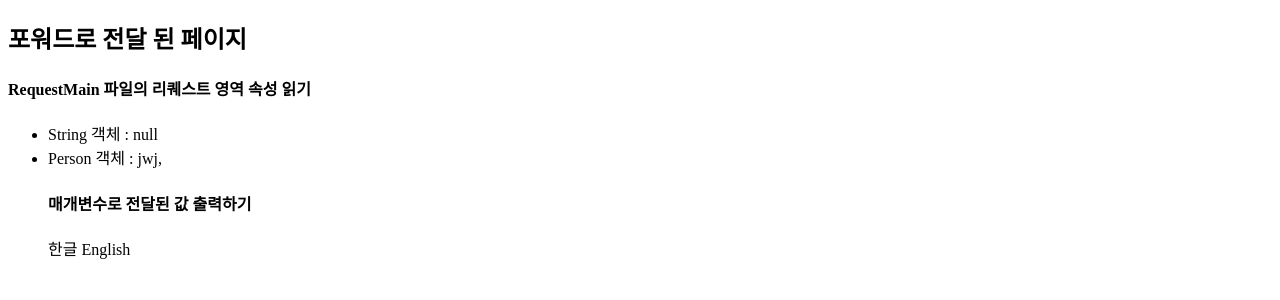
Repository: jwjb1020/Java_tomcat_jsp
Page: http://localhost/MustHaveJSP1/03Scope/RequestMain.jsp
An editor plug-in stored every save of this project. The page is shown before and after a run of saves, followed by the edit.
The browser window is 1280 px wide. The pictures show the whole page.
The page is served by Tomcat 9. Nobody is signed in. The application's start-up code is not run.

Above is the page before, as saved 2023-05-16 05:58:15.

After the next 4 saves:
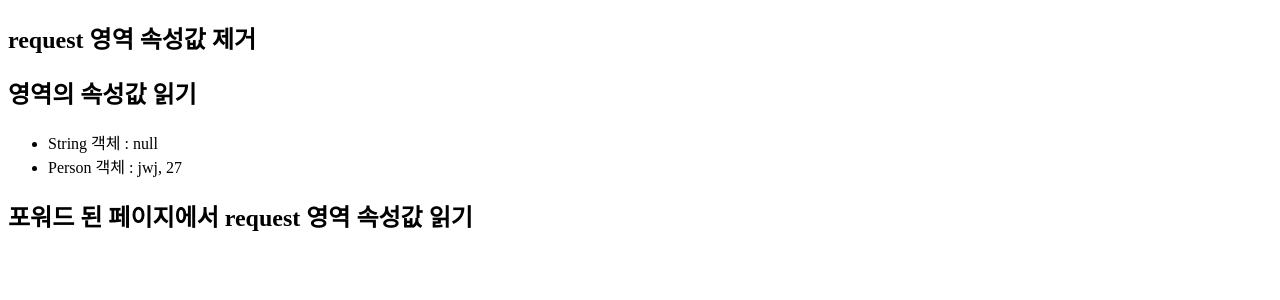
The 4 saves are shown as one change because 3 did not build or start.
The last was saved 15 min 49 s later.
--- a/MustHaveJSP1/src/main/webapp/03Scope/RequestMain.jsp
+++ b/MustHaveJSP1/src/main/webapp/03Scope/RequestMain.jsp
@@ -3,6 +3,7 @@
 	pageEncoding="UTF-8"%>
 <!DOCTYPE html>
 <%
+String forward = request.getParameter("forward");
 request.setAttribute("requestSting", "request 영역의 문자열");
 request.setAttribute("requestPerson", new Person("jwj", 27));
 %>
@@ -29,7 +30,8 @@ Person rPerson = (Person)(request.getAttribute("requestPerson"));
 </ul>
 <h2>포워드 된 페이지에서 request 영역 속성값 읽기</h2>
 <%
-request.getRequestDispatcher("RequestForward.jsp?paramHan=한글&paramEng=English").forward(request, response);
+if(forward != null && forward.equals("1")){
+request.getRequestDispatcher("RequestForward.jsp?paramHan=한글&paramEng=English").forward(request, response);}
 %>
 </body>
 </html>
--- a/MustHaveJSP1/src/main/webapp/03Scope/RequestForward.jsp
+++ b/MustHaveJSP1/src/main/webapp/03Scope/RequestForward.jsp
@@ -15,7 +15,7 @@
 <ul>
 <li>String 객체  : <%= request.getAttribute("requestString") %></li>
 <li>Person 객체  : <%= pPerson.getName() %>, <% pPerson.getAge(); %></li>
-<h4>매개변수로 전달된 값 출력하기</h4>
+<h4> 매개변수로 전달된 값 출력하기</h4>
 <%
 request.setCharacterEncoding("UTF-8");
 out.println(request.getParameter("paramHan"));
